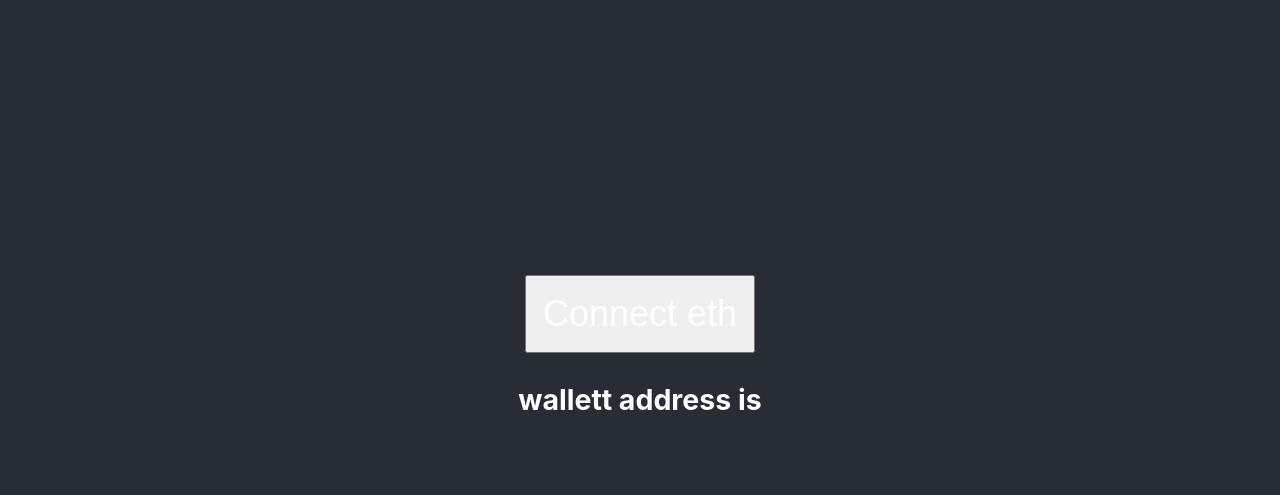
Repository: Hasnainzxc/eth-widget
Page: /
An editor plug-in stored every save of this project. The page is shown before and after the next save, followed by the edit.
The browser window is 1280 px wide. The pictures show the whole page.
The project was rebuilt for these pictures with package versions that can differ from the ones it lists, and the page was loaded fresh each time.

Above is the page before, as saved 2023-04-26 04:04:48.

After the next save:
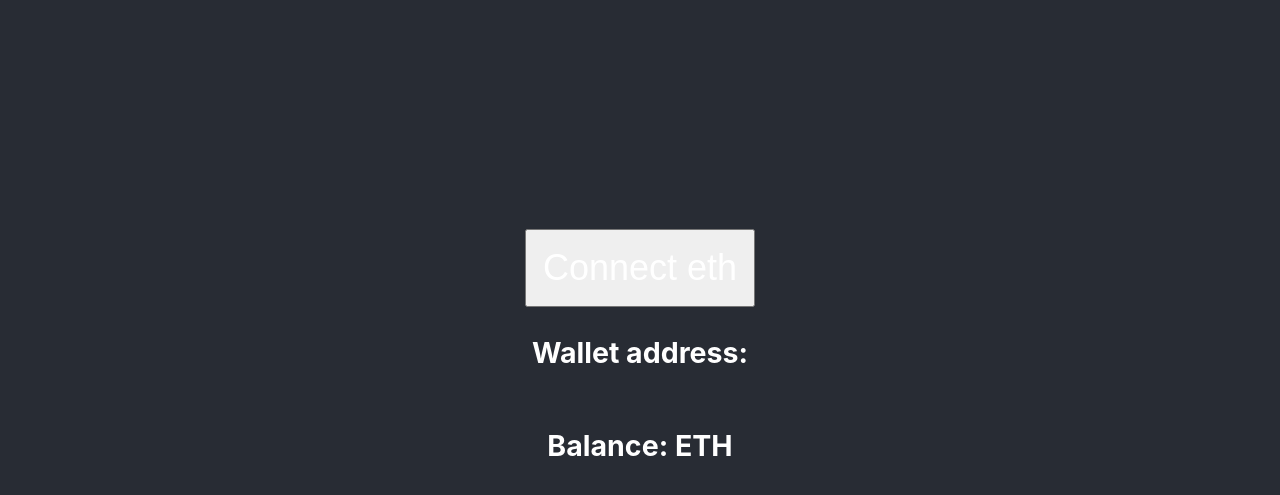
Saved 20 h 43 min later.
--- a/src/App.js
+++ b/src/App.js
@@ -4,20 +4,13 @@ import { useState } from 'react';
 
 function App() {
 
-  //propertties
+  //properties
   const [walletAddress, setWalletAddress] = useState('');
-// helper function
-//request acess to user Mets MASK WaLLET
+  const [balance, setBalance] = useState('');
 
+  // helper function
   async function requestAccount() {
     console.log('Requesting account ..');
-
-    async function connectWallet() {
-      if(typeof window.ethereum !== 'undefined') {
-        await requestAccount();
-      }
-    }
-
 
     if (window.ethereum) {
       console.log('detected');
@@ -25,6 +18,11 @@ function App() {
       try {
         const accounts = await window.ethereum.request({ method: 'eth_requestAccounts' });
         setWalletAddress(accounts[0]);
+
+        const provider = new window.ethereum;
+        const balanceInWei = await provider.request({ method: 'eth_getBalance', params: [accounts[0], 'latest'] });
+        const balanceInEth = window.web3.utils.fromWei(balanceInWei, 'ether');
+        setBalance(balanceInEth);
       }
       catch (error) {
         console.log('error', error);
@@ -38,7 +36,8 @@ function App() {
     <div className="App">
       <header className="App-header">
         <button onClick={requestAccount}>Connect eth</button>
-        <h3>wallett address is {walletAddress}</h3>
+        <h3>Wallet address: {walletAddress}</h3>
+        <h3>Balance: {balance} ETH</h3>
       </header>
     </div>
   );
